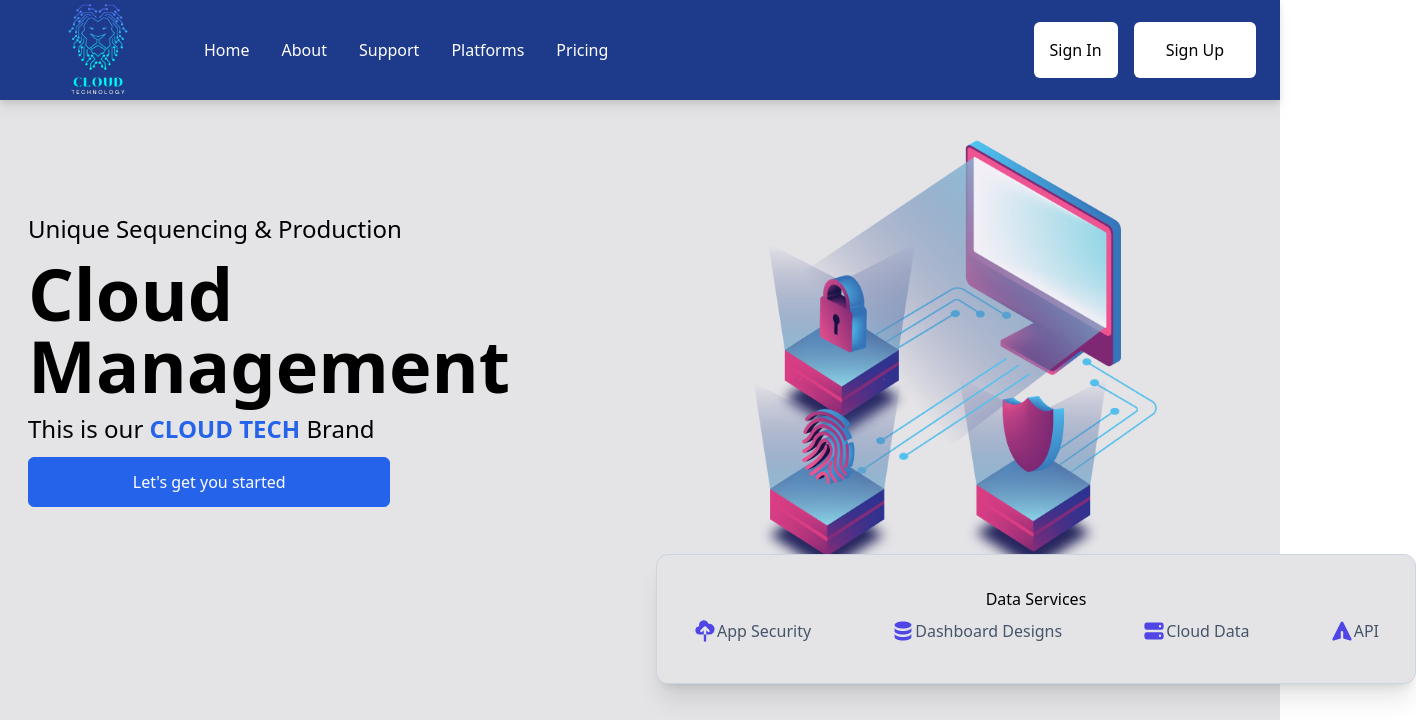
Repository: Esther-Kamau/cloud-management
Page: /
An editor plug-in stored every save of this project. The page is shown before and after the next save, followed by the edit.
The browser window is 1280 px wide. The page is 1416 px wide, so the pictures cover 1416 px, including what lies to the right of the window. The pictures show the whole page.
The project was rebuilt for these pictures with package versions that can differ from the ones it lists, and the page was loaded fresh each time. A package was used in the major version that the imports need, not the one package.json lists.

Above is the page before, as saved 2023-03-16 18:09:36.

### public/index.html
<!DOCTYPE html>
<html lang="en">
  <head>
    <meta charset="utf-8" />
    <link rel="icon" href="%PUBLIC_URL%/Logo.png" />
    <meta name="viewport" content="width=device-width, initial-scale=1" />
    <meta name="theme-color" content="#000000" />
    <meta
      name="description"
      content="Web site created using create-react-app"
    />
    <link rel="apple-touch-icon" href="%PUBLIC_URL%/Logo.png" />
    <!--
      manifest.json provides metadata used when your web app is installed on a
      user's mobile device or desktop. See https://developers.google.com/web/fundamentals/web-app-manifest/
    -->
    <link rel="manifest" href="%PUBLIC_URL%/manifest.json" />
    <!--
      Notice the use of %PUBLIC_URL% in the tags above.
      It will be replaced with the URL of the `public` folder during the build.
      Only files inside the `public` folder can be referenced from the HTML.

      Unlike "/favicon.ico" or "favicon.ico", "%PUBLIC_URL%/favicon.ico" will
      work correctly both with client-side routing and a non-root public URL.
      Learn how to configure a non-root public URL by running `npm run build`.
    -->
    <title>Cloud Technology</title>
  </head>
  <body>
    <noscript>You need to enable JavaScript to run this app.</noscript>
    <div id="root"></div>
    <!--
      This HTML file is a template.
      If you open it directly in the browser, you will see an empty page.

      You can add webfonts, meta tags, or analytics to this file.
      The build step will place the bundled scripts into the <body> tag.

      To begin the development, run `npm start` or `yarn start`.
      To create a production bundle, use `npm run build` or `yarn build`.
    -->
  </body>
</html>

### src/index.css
@tailwind base;
@tailwind components;
@tailwind utilities;

@layer base{
    li{
      @apply p-4 text-white hover:text-slate-300
    }
    button {
        @apply p-4 text-white border bg-blue-600 border-blue-600
        hover:bg-transparent hover:text-black rounded-md
      }
}

### src/App.jsx
import Navbar from "./components/Navbar"
import Hero from "./components/Hero"

function App() {
  return (

    <>
  <Navbar/>
  <Hero/>
    </>
  );
}

export default App;

### src/components/Navbar.jsx
import React,{useState} from "react";
import { MenuIcon, XIcon } from "@heroicons/react/outline";
import Logo from "../assets/Logo.png";

const Navbar = () => {
    const [nav,setNav] = useState(false)
    const handleClick =() => setNav(!nav)


  return (
    <div className="w-screen h-[100px] z-10 bg-blue-900 fixed drop-shadow-lg">
      <div className="px-2 flex justify-between items-center w-full h-full">
        <div className="flex items-center">
          <img className="h-[180px] w-[180px]" src={Logo} alt="Logoimg" />
          <ul className="hidden md:flex">
            <li>Home</li>
            <li>About</li>
            <li>Support</li>
            <li>Platforms</li>
            <li>Pricing</li>
          </ul>
        </div>
        <div className="hidden md:flex pr-4">
          <button className="border-none bg-white text-black mr-4 hover:text-white hover:bg-blue-300">
            Sign In
          </button>
          <button className="border-none bg-white text-black px-8 py-3 hover:text-white hover:bg-blue-300">
            Sign Up
          </button>
        </div>
        {/* toggle state */}
        <div className="md:hidden" onClick={handleClick}>
            {/* if the opposite of nav is true display this else xicon */}
{!nav ? <MenuIcon className="w-8 stroke-white" /> : <XIcon className="w-8 stroke-white" />}

        </div>
      </div>
      {/* if nav is not true hide the menu if tru display the menu */}
      <ul className={!nav ? 'hidden': "absolute bg-blue-900 w-full px-8"}>
        <li className="border-b-2 border-blue-200 w-full">Home</li>
        <li className="border-b-2 border-blue-200 w-full">About</li>
        <li className="border-b-2 border-blue-200 w-full">Support</li>
        <li className="border-b-2 border-blue-200 w-full">Platforms</li>
        <li className="border-b-2 border-blue-200 w-full">Pricing</li>
      <div className="flex flex-col my-4">
        <button className="bg-transparent text-white px-8 py-3 mb-4 hover:bg-slate-200 hover:text-black">Sign In</button>
        <button className="px-8 py-3" >Sign Up</button>
      </div>
      </ul>
    </div>
  );
};

export default Navbar;

### src/components/Hero.jsx
import React from "react";
import {
  CloudUploadIcon,
  DatabaseIcon,
  PaperAirplaneIcon,
  ServerIcon,
} from "@heroicons/react/solid";

import bgImg from "../assets/cyber-bg.png";

const Hero = () => {
  return (
    <div className="w-full h-screen bg-zinc-200 flex flex-col justify-between">
      <div className="grid md:grid-cols-2 max-w-[1240px] m-auto">
        <div className="flex flex-col justify-center md:items-start w-full px-2 py-3">
          <p className="text-2xl">Unique Sequencing & Production</p>
          <h1 className="py-3 text-5xl font-bold md:text-7xl">
            Cloud Management
          </h1>
          <p className="text-2xl mb-3">
            This is our{" "}
            <span className="text-blue-600 font-bold">CLOUD TECH</span> Brand
          </p>
          <button className="py-3 px-6 sm:w-[60%]">
            Let's get you started
          </button>
        </div>
        <div className="flex flex-col justify-center items-center w-full">
          <img src={bgImg} alt="bg" className="w-full h-full" />
        </div>
        {/* check on this later: absolute position */}
        <div
          className="absolute flex flex-col py-8 md:min-w-[760px] bottom-[5%] mx-4 md:left-1/2 bg-zinc-200
                 border border-slate-300 rounded-xl text-center shadow-xl"
        >
          <p>Data Services</p>
          <div className="flex flex-wrap justify-between px-5">
            <p className="flex px-4 py-2 text-slate-600"><CloudUploadIcon  className="h-6 text-indigo-600" /> App Security</p>
            <p className="flex px-4 py-2 text-slate-600"><DatabaseIcon className="h-6 text-indigo-600" /> Dashboard Designs</p>
            <p className="flex px-4 py-2 text-slate-600"><ServerIcon className="h-6 text-indigo-600"/> Cloud Data</p>
            <p className="flex px-4 py-2 text-slate-600"><PaperAirplaneIcon className="h-6 text-indigo-600"/> API</p>
          </div>
        </div>
      </div>
    </div>
  );
};

export default Hero;

Loaded but not shown: src/index.js (common file); tailwind.config.js (common file)

After the next save:
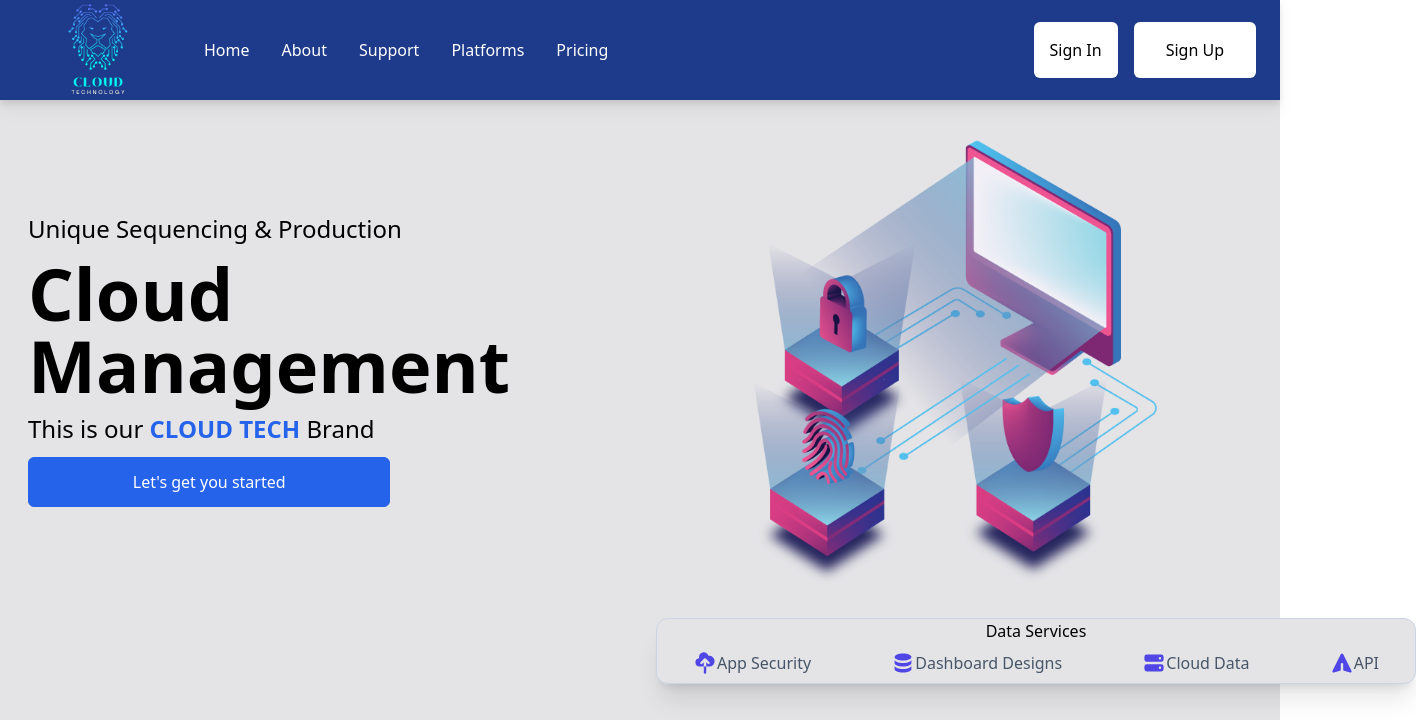
Saved 5 min 26 s later.
--- a/src/components/Hero.jsx
+++ b/src/components/Hero.jsx
@@ -30,7 +30,7 @@
         </div>
         {/* check on this later: absolute position */}
         <div
-          className="absolute flex flex-col py-8 md:min-w-[760px] bottom-[5%] mx-4 md:left-1/2 bg-zinc-200
+          className="absolute flex flex-col apy-8 md:min-w-[760px] bottom-[5%] mx-4 md:left-1/2 bg-zinc-200
                  border border-slate-300 rounded-xl text-center shadow-xl"
         >
           <p>Data Services</p>

After the 2 saves that followed:
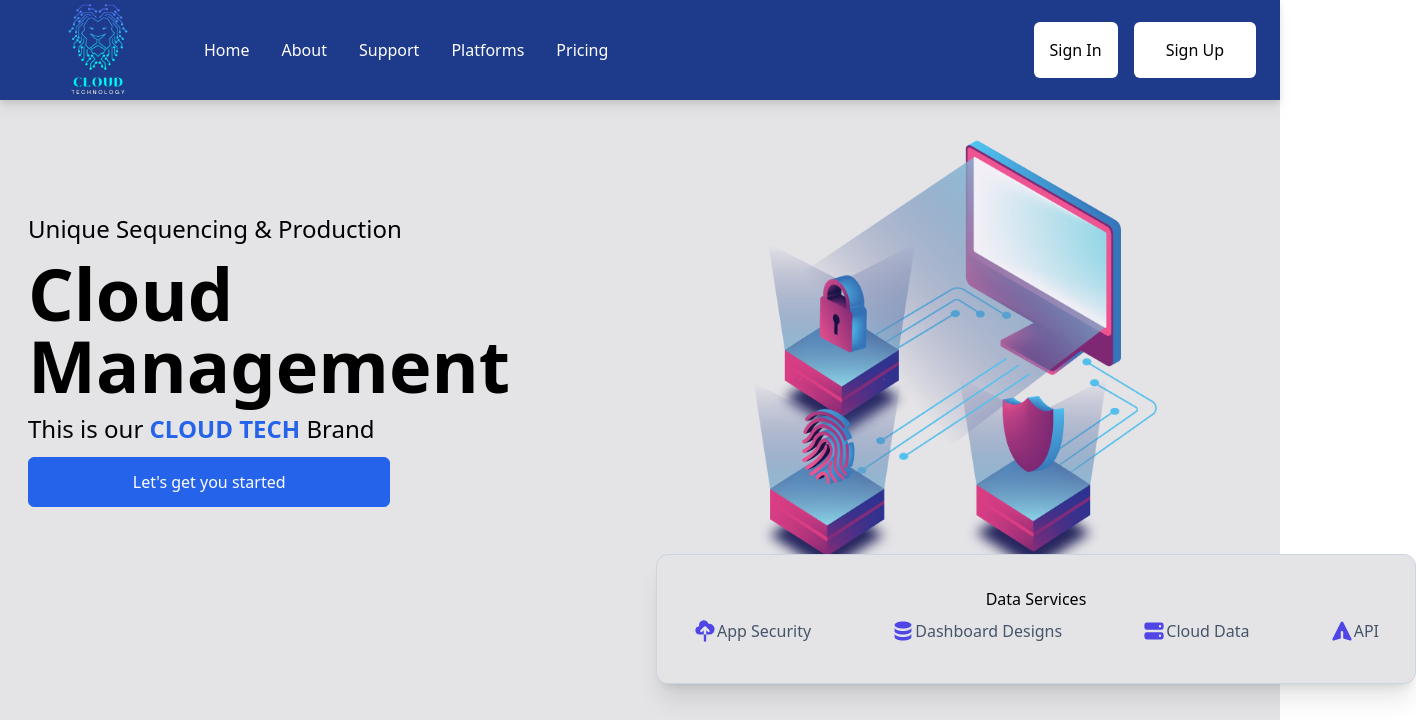
The 2 saves are shown as one change because they came seconds apart.
The last was saved 6 s later.
--- a/src/components/Hero.jsx
+++ b/src/components/Hero.jsx
@@ -30,7 +30,7 @@
         </div>
         {/* check on this later: absolute position */}
         <div
-          className="absolute flex flex-col apy-8 md:min-w-[760px] bottom-[5%] mx-4 md:left-1/2 bg-zinc-200
+          className="absolute flex flex-col align py-8 md:min-w-[760px] bottom-[5%] mx-4 md:left-1/2 bg-zinc-200
                  border border-slate-300 rounded-xl text-center shadow-xl"
         >
           <p>Data Services</p>
